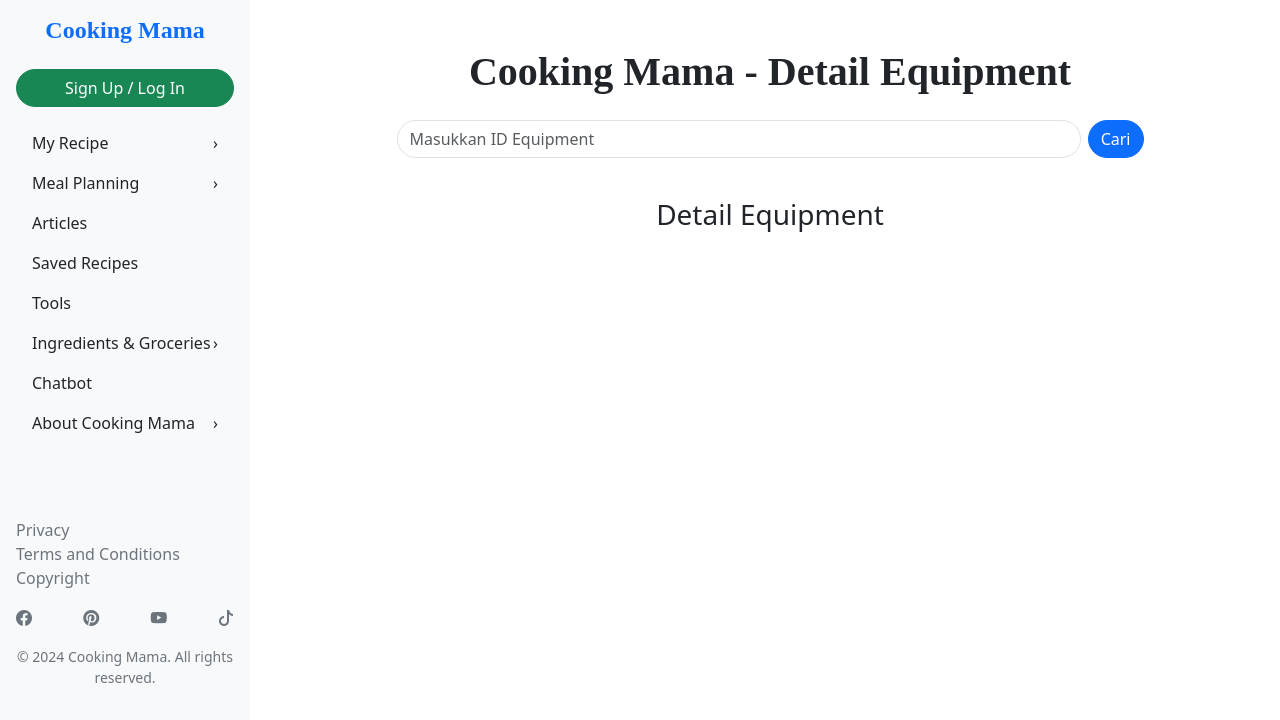
Repository: julius2510/UAS_Frontend_Kelompok10
Page: views/Tools.html
An editor plug-in stored every save of this project. The page is shown before and after the next save, followed by the edit.
The browser window is 1280 px wide. The pictures show the whole page.
The page's requests for data from a server got no answer.

Above is the page before, as saved 2024-11-28 06:14:54.
Console error: TypeError: Cannot read properties of null (reading 'addEventListener')

### views/Tools.html
<!DOCTYPE html>
<html lang="en">
<head>
  <meta charset="UTF-8">
  <meta name="viewport" content="width=device-width, initial-scale=1.0">
  <title>Tools</title>
  <link href="https://cdn.jsdelivr.net/npm/bootstrap@5.3.0/dist/css/bootstrap.min.css" rel="stylesheet">
  <link href="https://cdn.jsdelivr.net/npm/bootstrap-icons/font/bootstrap-icons.css" rel="stylesheet">
</head>
<body>
  <div class="d-flex">
    <!-- Sidebar Navbar -->
    <nav class="bg-light p-3 d-flex flex-column justify-content-between" style="width: 250px; height: 100vh; position: fixed; top: 0; left: 0; overflow-y: auto;">
      <!-- Header -->
      <div>
        <a href="/" style="text-decoration: none;">
          <h2 class="fs-4 fw-bold text-primary text-center" style="font-family: cursive;">Cooking Mama</h2>
        </a>
        <a href="/loginin" style="text-decoration: none;">
          <button class="btn btn-success w-100 rounded-pill my-3">Sign Up / Log In</button>
        </a>
        <ul class="nav flex-column">
          <!-- Search Recipe -->
          <li class="nav-item">
            <a class="nav-link text-dark" data-bs-toggle="collapse" href="#myRecipe" role="button" aria-expanded="false" aria-controls="myRecipe">
              My Recipe <span class="float-end">&rsaquo;</span>
            </a>
            <div class="collapse" id="myRecipe">
              <ul class="list-unstyled ps-3">
                <li><a href="/addRecipes" class="nav-link text-secondary">Add Recipe</a></li>
                <li><a href="/searchrecipes" class="nav-link text-secondary">Search Recipe</a></li>
              </ul>
            </div>
          </li>
       <!-- Meal Planning -->
       <li class="nav-item">
        <a class="nav-link text-dark" data-bs-toggle="collapse" href="#collapseMealPlanning" role="button" aria-expanded="false" aria-controls="collapseMealPlanning">
          Meal Planning <span class="float-end">&rsaquo;</span>
        </a>
        <div class="collapse" id="collapseMealPlanning">
          <ul class="list-unstyled ps-3">
            <li><a href="/mealPlanDay" class="nav-link text-secondary">Get Meal Plan Day</a></li>
            <li><a href="/mealPlanWeek" class="nav-link text-secondary">Get Meal Plan Week</a></li>
            <li><a href="/generateMeal" class="nav-link text-secondary">Generate a Meal Plan</a></li>
          </ul>
        </div>
      </li>
          <!-- Articles -->
          <li class="nav-item">
            <a href="/article" class="nav-link text-dark">Articles <span class="float-end"></span></a>
          </li>
          <!-- Saved Recipes -->
          <li class="nav-item">
            <a href="/resep" class="nav-link text-dark">Saved Recipes <span class="float-end"></span></a>
          </li>
          <!-- More Tools -->
          <li class="nav-item">
            <a href="/Tools" class="nav-link text-dark">Tools <span class="float-end"></span></a>
          </li>

          <!-- Ingridients and Tools -->
          <li class="nav-item">
            <a class="nav-link text-dark" data-bs-toggle="collapse" href="#IntAndPro" role="button" aria-expanded="false" aria-controls="IntAndPro">
              Ingredients & Groceries <span class="float-end">&rsaquo;</span>
            </a>
            <div class="collapse" id="IntAndPro">
              <ul class="list-unstyled ps-3">
                <li><a href="/searchIngredients" class="nav-link text-secondary">Search Ingredients</a></li>
                <li><a href="/searchProducts" class="nav-link text-secondary">Search Grocery Products</a></li>
              </ul>
            </div>
          </li>

         <!-- Chatbot -->
         <li class="nav-item">
          <a href="/Chatbot" class="nav-link text-dark">Chatbot <span class="float-end"></span></a>
        </li>

          <li class="nav-item">
            <a class="nav-link text-dark" data-bs-toggle="collapse" href="#collapseAbout" role="button" aria-expanded="false" aria-controls="collapseTools">
              About Cooking Mama <span class="float-end">&rsaquo;</span>
            </a>
            <div class="collapse" id="collapseAbout">
              <ul class="list-unstyled ps-3">
                <li><a href="/about#about" class="nav-link text-secondary">About Us</a></li>
                <li><a href="/about#contact" class="nav-link text-secondary">Contact Us</a></li>
                <li><a href="/about#faq" class="nav-link text-secondary">FAQ</a></li>
              </ul>
            </div>
          </li>
        </ul>
      </div>

      <!-- Footer -->
      <div>
        <ul class="list-unstyled">
          <li><a href="#" class="nav-link text-secondary">Privacy</a></li>
          <li><a href="#" class="nav-link text-secondary">Terms and Conditions</a></li>
          <li><a href="#" class="nav-link text-secondary">Copyright</a></li>
        </ul>
        <div class="d-flex justify-content-between mt-3">
          <a href="#" class="text-secondary"><i class="bi bi-facebook"></i></a>
          <a href="#" class="text-secondary"><i class="bi bi-pinterest"></i></a>
          <a href="#" class="text-secondary"><i class="bi bi-youtube"></i></a>
          <a href="#" class="text-secondary"><i class="bi bi-tiktok"></i></a>
        </div>
        <p class="text-secondary mt-3 text-center small">© 2024 Cooking Mama. All rights reserved.</p>
      </div>
    </nav>

    <div class="container mt-5" style="margin-left: 260px;">
        <h1 class="text-center mb-4 fs-1 fw-bold" style="font-family: cursive;">Cooking Mama - Detail Equipment</h1>
        <div class="d-flex justify-content-center">
          <form id="searchEquipmentForm" class="d-flex flex-column w-75">
            <div class="input-group mb-3">
              <input type="number" id="equipmentId" class="form-control me-2 rounded-pill" placeholder="Masukkan ID Equipment">
              <button type="submit" class="btn btn-primary rounded-pill">Cari</button>
            </div>
          </form>
        </div>
        <h3 class="text-center mt-4">Detail Equipment</h3>
        <div id="equipmentResult" class="mt-4 text-center"></div>
      </div>



<script>
const apiKey = '50868189a1fb41c5b8276487a99412ac';
const searchEquipmentForm = document.getElementById('searchEquipmentForm');
const equipmentResultDiv = document.getElementById('equipmentResult');

// Fungsi untuk mendapatkan daftar equipment
async function getDefaultEquipments(number = 6) {
    const apiUrl = `https://api.spoonacular.com/food/products/search?apiKey=${apiKey}&number=${number}`;
    try {
        const response = await fetch(apiUrl);
        const data = await response.json();
        return data.products; // Kembalikan array equipment
    } catch (error) {
        console.error('Error fetching default equipment:', error);
        equipmentResultDiv.innerHTML = `<p class="text-danger">Terjadi kesalahan saat mengambil data default equipment.</p>`;
    }
}

// Fungsi untuk mendapatkan detail equipment berdasarkan ID
async function getEquipmentById(id) {
  const apiUrl = `https://api.spoonacular.com/food/products/${id}?apiKey=${apiKey}`;
  try {
    const response = await fetch(apiUrl);
    if (!response.ok) throw new Error('Equipment tidak ditemukan');
    const data = await response.json();
    return data; // Kembalikan detail equipment
  } catch (error) {
    console.error('Error fetching equipment:', error);
    equipmentResultDiv.innerHTML = `<p class="text-danger">Terjadi kesalahan: ${error.message}</p>`;
  }
}

// Fungsi untuk menampilkan detail equipment
function displayEquipment(equipment) {
  if (!equipment) {
    equipmentResultDiv.innerHTML = '<p>Detail equipment tidak ditemukan.</p>';
    return;
  }

  equipmentResultDiv.innerHTML = `
    <div class="card shadow-lg border-0 mx-auto mb-5" style="width: 50%;">
      <img src="${equipment.image}" class="card-img-top" alt="${equipment.title}" style="height: 200px; object-fit: cover;">
      <div class="card-body">
        <h5 class="card-title text-primary fw-bold">${equipment.title || 'Nama Tidak Diketahui'}</h5>
        <p class="text-secondary">ID: ${equipment.id || 'Tidak diketahui'}</p>
        <p class="text-muted">${equipment.description || 'Deskripsi tidak tersedia.'}</p>
        <a href="${equipment.link || '#'}" target="_blank" >

        </a>
      </div>
    </div>
  `;
}

// Event listener untuk form pencarian equipment
searchEquipmentForm.addEventListener('submit', async (e) => {
  e.preventDefault();
  const id = document.getElementById('equipmentId').value;

  if (!id) {
    equipmentResultDiv.innerHTML = '<p class="text-danger">Harap masukkan ID Equipment!</p>';
    return;
  }

  const equipment = await getEquipmentById(id); // Cari berdasarkan ID
  displayEquipment(equipment);
});
    document.addEventListener('DOMContentLoaded', function () {
    // Cek apakah pengguna sudah login
    const user = JSON.parse(localStorage.getItem('user'));
    if (user) {
      updateNavbarForLoggedInUser(user);
    }

    // Tambahkan event listener untuk form login dan signup
    document.getElementById("loginForm").addEventListener("submit", handleFormSubmit);
    document.getElementById("signupForm").addEventListener("submit", handleFormSubmit);
  });

  async function handleFormSubmit(event) {
    event.preventDefault();

    const formData = new FormData(event.target);
    const formType = event.target.id; // loginForm atau signupForm
    const data = Object.fromEntries(formData.entries());
    const formAction = formType === "loginForm"
      ? "http://localhost:3000/login"
      : "http://localhost:3000/signup";

    try {
      const response = await fetch(formAction, {
        method: "POST",
        headers: {
          "Content-Type": "application/json",
        },
        body: JSON.stringify(data),
      });

      if (!response.ok) {
        const error = await response.json();
        alert(error.message || "Terjadi kesalahan");
        return;
      }

      const result = await response.json();
      // Simpan data pengguna ke localStorage
      localStorage.setItem("user", JSON.stringify(result.user));

      // Update navbar dengan informasi pengguna
      updateNavbarForLoggedInUser(result.user);

      // Arahkan ke halaman utama atau profil
      window.location.href = "/";
    } catch (error) {
      alert("Terjadi kesalahan: " + error.message);
    }
  }

  function updateNavbarForLoggedInUser(user) {
    const navbar = document.querySelector("nav");
    const signupLoginButton = navbar.querySelector(".btn");
    const userProfileHtml = `
      <div class="d-flex align-items-center ms-5">
        <i class="bi bi-person-circle fs-3 text-secondary me-2" style="pointer-events: none;"></i>
        <a href="/profile" style="text-decoration: none;">${user.name}</a>
      </div>
    `;
    signupLoginButton.outerHTML = userProfileHtml;
  }

// Menampilkan 9 bahan makanan pertama ketika halaman dimuat
window.addEventListener('load', async () => {
  const Products = await searchProducts('B');
  displayProducts(Products);
});
  </script>
<script src="https://cdn.jsdelivr.net/npm/bootstrap@5.3.0/dist/js/bootstrap.bundle.min.js"></script>
</body>
</html>

After the next save:
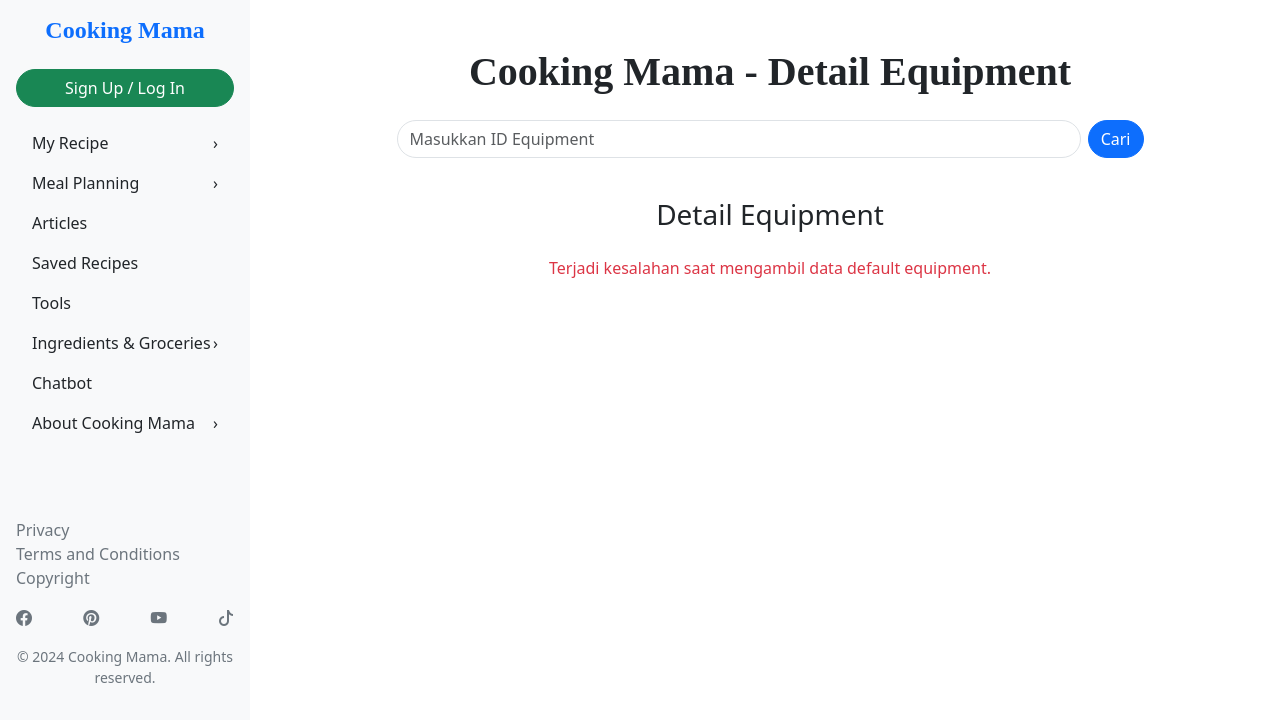
Saved 35 s later.
--- a/views/Tools.html
+++ b/views/Tools.html
@@ -178,6 +178,11 @@
   `;
 }
 
+document.addEventListener('DOMContentLoaded', async () => {
+    const defaultEquipments = await getDefaultEquipments(6); // Ambil 6 equipment default
+    displayEquipments(defaultEquipments);
+});
+
 // Event listener untuk form pencarian equipment
 searchEquipmentForm.addEventListener('submit', async (e) => {
   e.preventDefault();

After the save that followed:
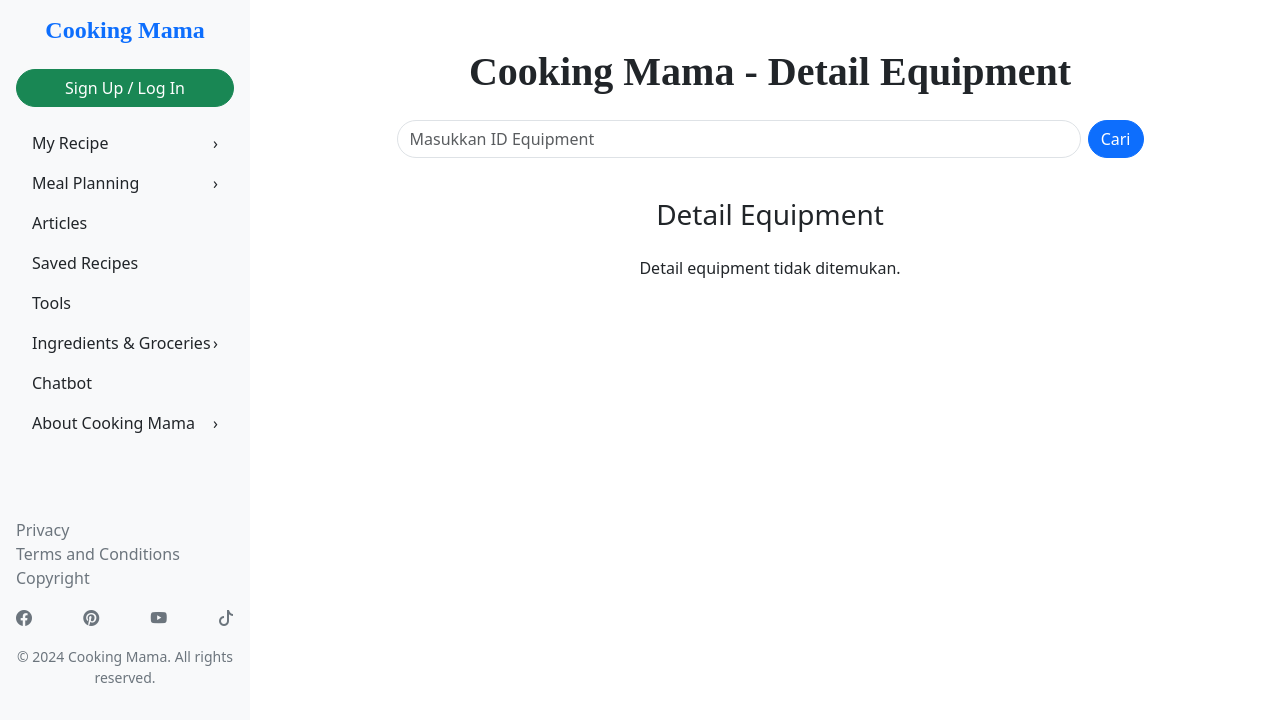
Saved 53 s later.
--- a/views/Tools.html
+++ b/views/Tools.html
@@ -157,11 +157,12 @@
 }
 
 // Fungsi untuk menampilkan detail equipment
-function displayEquipment(equipment) {
-  if (!equipment) {
-    equipmentResultDiv.innerHTML = '<p>Detail equipment tidak ditemukan.</p>';
-    return;
-  }
+function displayEquipments(equipments) {
+    equipmentResultDiv.innerHTML = '';
+    if (!equipments || equipments.length === 0) {
+        equipmentResultDiv.innerHTML = '<p>Detail equipment tidak ditemukan.</p>';
+        return;
+    }
 
   equipmentResultDiv.innerHTML = `
     <div class="card shadow-lg border-0 mx-auto mb-5" style="width: 50%;">
